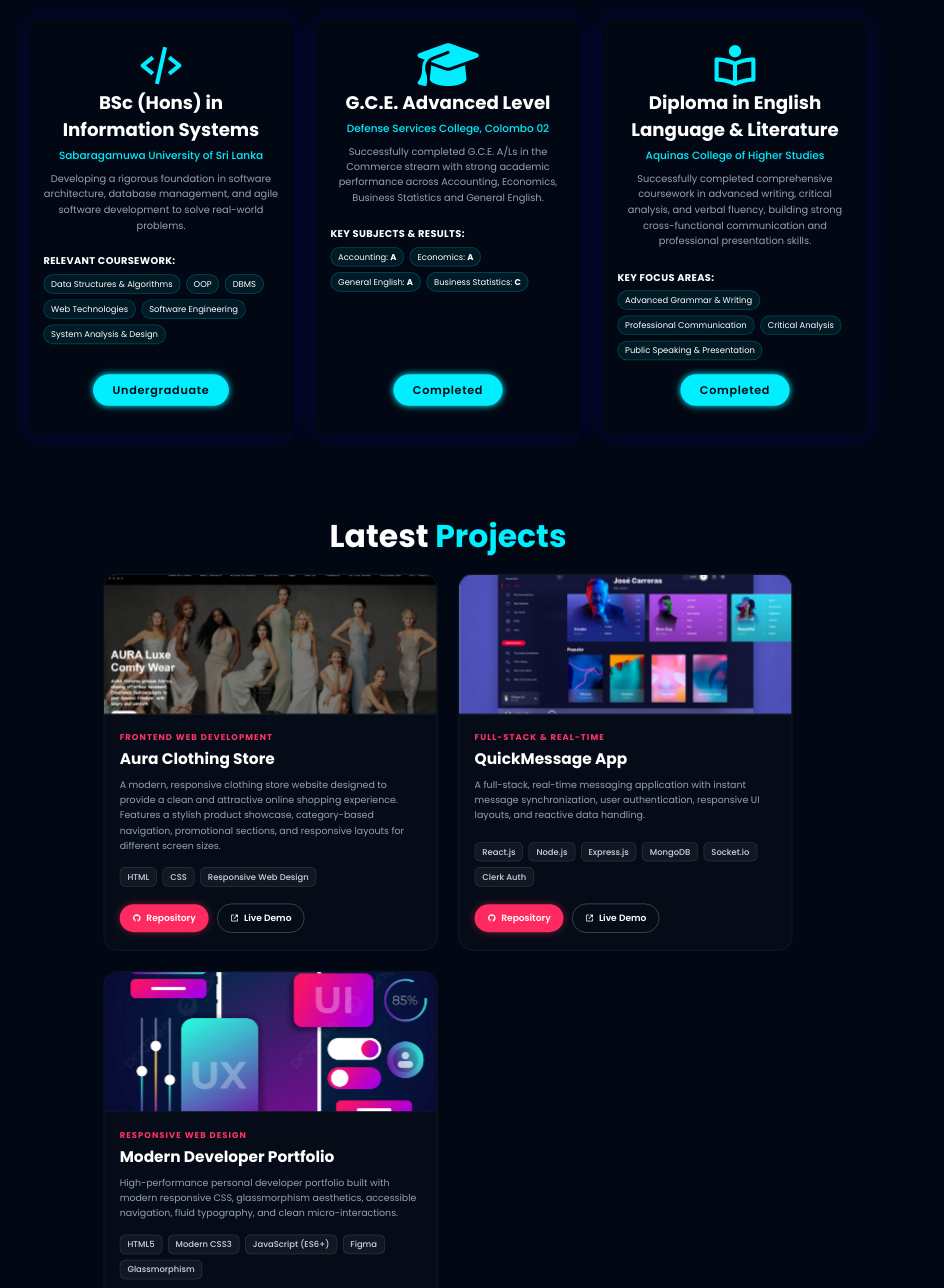
Repository: WathsalaHW/WathsalaHW_Portfolio
Page: index.html
The author's editor kept a copy of each file at every save. The page is drawn from the files as they stood at one save, then again after the next save.
The browser window is 1280 px wide. The page is 1348 px wide, so the pictures cover 1348 px, including what lies to the right of the window. The pictures show the part of the page from y = 1614 to 3454 px (the page is 5289 px tall), at 70% of full size.

Above is the page before, as saved 2026-09-30 15:44:08.
Console error: TypeError: Cannot read properties of null (reading 'classList')

After the next save:
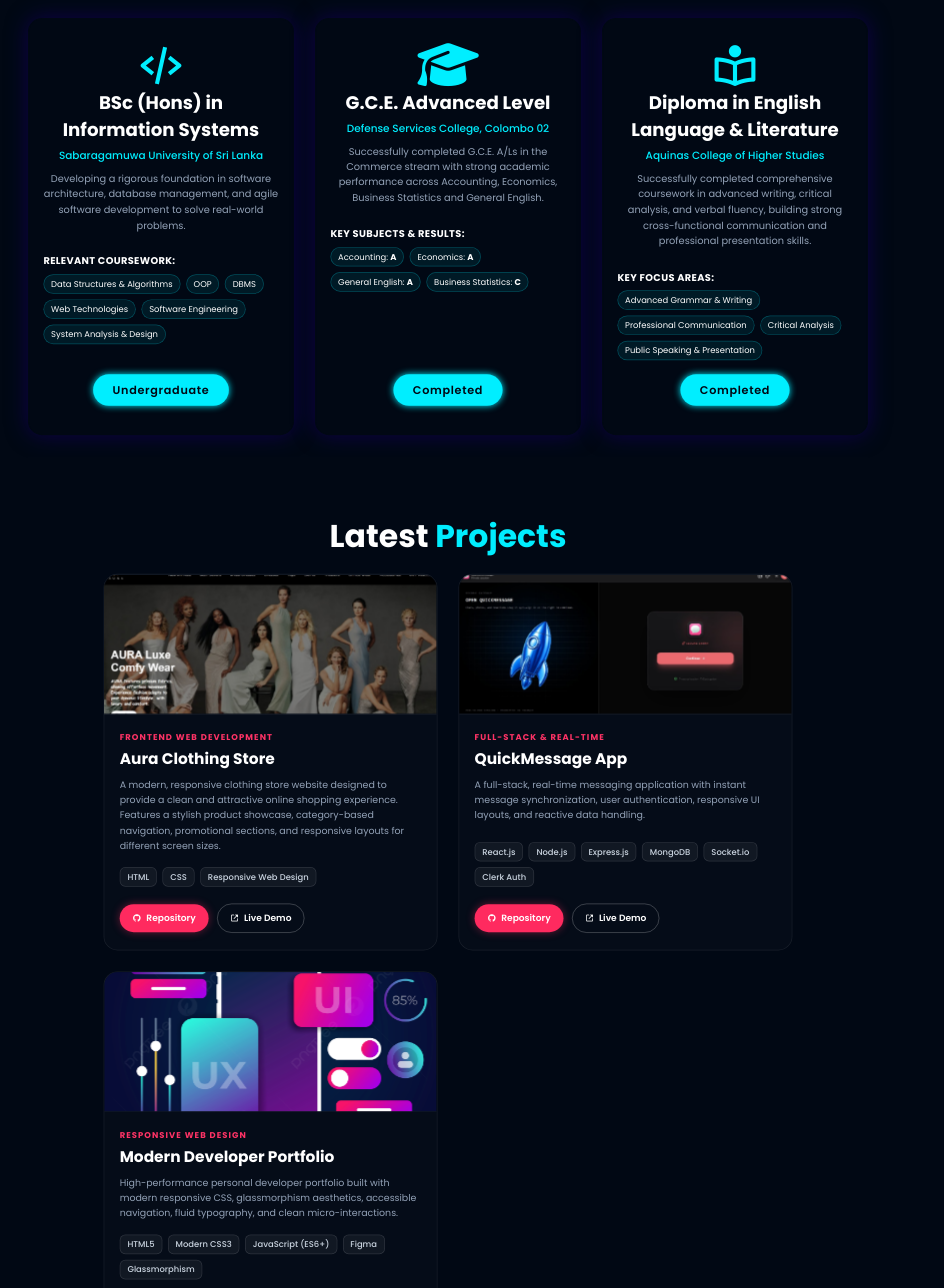
Saved 5 min 38 s later.
--- a/index.html
+++ b/index.html
@@ -338,7 +338,7 @@
       <!-- Project Card 2 -->
       <div class="project-card">
         <div class="project-img-box">
-          <img src="images/portfolio3.jpg" alt="QuickMessage App Preview">
+          <img src="images/QuickMessage.jpg" alt="QuickMessage App Preview">
         </div>
         <div class="project-info">
           <span class="project-category">Full-Stack &amp; Real-Time</span>
